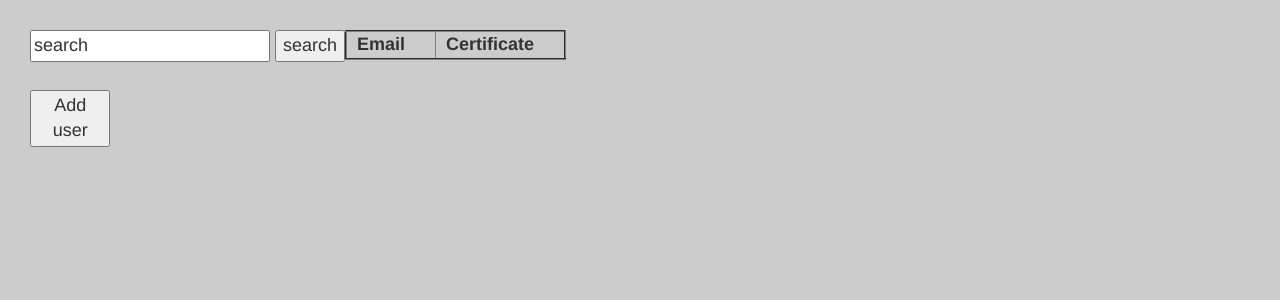
Repository: marijabroceta/ProjekatIB
Page: IB_Project_Shell/src/main/resources/static/main_page.html
These files come from the project's save history. The page is drawn as it stood at one moment and after the next save; the edit follows.
The browser window is 1280 px wide. The pictures show the whole page.
The page's requests for data from a server got no answer.

Above is the page before, as saved 2018-06-30 22:27:11.

### IB_Project_Shell/src/main/resources/static/main_page.html
<!DOCTYPE html>
<html>
<head>
	<title>Main</title>
	<script src="js/jquery-2.1.4.min.js"></script>
	<link rel="stylesheet" type="text/css" href="bootstrap/css/bootstrap.min.css"/>
    <script src="bootstrap/js/bootstrap.min.js"></script>
    <link rel="stylesheet" type="text/css" href="css/main_page.css">
    <script src="js/main_page.js" type="text/javascript"></script>
</head>
<body>

	<div id="table">
		<div id="search_div">
			<input type="text" name="search" id="search" value="search"/>
			<input type="button" name="search_btn" id="search_btn" value="search"/>
		</div>
		<table id="users_table" border="2">
			<tr>
				<th>Email</th>
				<th>Certificate</th>
			</tr>
		</table>
		<div id="buttons">
			<button id="add_user">Add user</button>
			<button id="activate_user">Activate user</button>
		</div>

		<div id="add_form">
			<form name="add_user_form" method="post" id="add_user_form">
		       	<label id="email_lbl" for="email">Email</label>
		 		<input type="text" id="email" name="email"><br>
		 		<label id="pass_lbl" for="password">Password</label>
		 		<input type="password" id="password" name="password"><br>
		 		<input type="submit" name="submit" id="submit" value="submit" class="button" /><br>
		 		<input type="button" name="cancel" id="cancel" value="cancel" class="button" />
	    	</form>
		</div>
		<div id="table_inactive">
			<table id="users_inactive" border="2">

		</table>
		</div>
	</div>

</body>
</html>

### IB_Project_Shell/src/main/resources/static/css/main_page.css
#table{
	/*position: absolute;
    top: 20%;
    left: 30%;
    right: 30%;
    bottom: 20%;*/
    margin-top: 30px;
    margin-left: 30px;
    font-size: 18px;
    float:left;
}

#table_inactive{
	margin-top: 30px;

    font-size: 18px;
}

th{
	padding-right: 30px;
	padding-left: 10px;
}

body {
    text-align: center;
    background: #ccc;
}

#buttons{
	margin-top: 30px;
	margin-right: 85%;
}



#add_form{
	margin-top: 30px;
}

/*label,input {
 display: block;
width: 200px;
 float: left;
 margin-left: 20px;
 margin-bottom: 10px;

}*/

#email_lbl,#pass_lbl,#email,#password,#submit,#cancel{
	display: block;
	width: 200px;
 	float: left;
 	margin-left: 20px;
 	margin-bottom: 10px;
}

#search_div{
	float:left;
}

label {
 text-align: right;
 width: 75px;
 padding-right: 20px;

}

br {
 clear: left;
}

#submit,#cancel{
	margin-left:115px;
}

### IB_Project_Shell/src/main/resources/static/js/main_page.js
$(document).ready(function(){
	var user_id = 0;
	var token = localStorage.getItem("token");
	console.log(token);
	var logged = null;
	var activate_user = $('#activate_user');
	$('#add_form').hide();
	activate_user.hide();

	$.ajax({
		url: "https://localhost:8443/api/users/logged",
		type: 'GET',
		headers: { "Authorization": "Bearer " + token},
		contentType : "application/json",
		dataType:'json',
		crossDomain: true,
		success : function(response) {

			console.log("logged " + response.authorities[0].name);
			logged = response;
			if(logged.authorities[0].name == "ADMIN"){
				activate_user.show();
				activate_user.on('click',function(e){
					$.ajax({
						headers:{"Authorization" :"Bearer " + token},
						contentType: 'application/json',
						type: 'GET',
						dataType:'json',
						crossDomain: true,
						url:'https://localhost:8443/api/users/inactive',
						success:function(response){
							table_header_inactive();
							var table = $('#users_inactive');
							for(var i=0; i<response.length; i++) {
								user = response[i];
								console.log(user);
								table.append('<tr class="data">'+
												'<td>'+user.email+'</td>'+
												'<td>'+user.active+'</td>'+
												'<td><button id="activate_btn" onclick="activate_users(' + user.id + ')" class="btn btn-default">Activate</button></td>'+
											'</tr>');
							}
						}
					});
				});
			}
		},
		error: function (jqXHR, textStatus, errorThrown) {
			console.log(jqXHR.status);
			console.log(jqXHR);

		}
	});


	$.ajax({

		headers:{"Authorization" :"Bearer " + token
			},
		contentType: 'application/json',
		type: 'GET',
		dataType:'json',
		crossDomain: true,
		url:'https://localhost:8443/api/users',
		success:function(response){
			table_header();
			var table = $('#users_table');
			for(var i=0; i<response.length; i++) {
				user = response[i];
				console.log(user);
				table.append('<tr class="data">'+
								'<td>'+user.email+'</td>'+
								'<td>'+user.authorities[0].name+'</td>'+
								'<td><button class="btn btn-default">Download</button></td>'+
							'</tr>');
			}
		},
		error: function (jqXHR, textStatus, errorThrown) {
			console.log(jqXHR);
			alert(textStatus);
		}
	});




	$('#add_user').on('click',function(e){
		$('#add_form').show();
		e.preventDefault();
		return false;
	});

	$('#cancel').on('click',function(e){
		$('#add_form').hide();
		e.preventDefault();
		return false;
	});

	$('input#submit').on('click',function(e){

		console.log("submit");
		var email = $('#email').val().trim();
		var password = $('#password').val().trim();

		var data = {
				'email':email,
				'password':password
			}
			console.log(data);
		$.ajax({
				type: 'POST',
		        contentType: 'application/json',
		        headers:{"Authorization" :"Bearer " + token,
		        	"Access-Control-Allow-Origin": "*"},
		        url: 'https://localhost:8443/api/users/save',
		        data: JSON.stringify(data),
		        dataType: 'json',
		        crossDomain: true,
				cache: false,
				processData: false,
				success:function(response){
					alert("Created");
				},
				error: function (jqXHR, textStatus, errorThrown) {
					console.log(jqXHR);
					alert(textStatus);
				}
		});
		e.preventDefault();
		return false;
	});
});

function table_header(){
	var table = $('#users_table');
	table.empty();
	table.append('<tr>'+
					'<th>Email</th>'+
					'<th>Role</th>'+
					'<th>Certificate</th>'+
				'</tr>');
}

function table_header_inactive(){
	var table = $('#users_inactive');
	table.empty();
	table.append('<tr>'+
					'<th>Email</th>'+
					'<th>Active</th>'+

				'</tr>');
}

function activate_users(id){
	var token = localStorage.getItem("token");
	user_id = id;
	console.log(user_id);
	$.ajax({
		type: 'PUT',
        contentType: 'application/json',
        headers:{"Authorization" :"Bearer " + token},

        url: 'https://localhost:8443/api/users/' + id,

        dataType: 'json',
        crossDomain: true,
		cache: false,
		processData: false,
		success:function(response){
			alert("Activated");
		},
		error: function (jqXHR, textStatus, errorThrown) {
			console.log(jqXHR);
			alert(textStatus);
		}
	});
}

function get_users(){

}

Loaded but not shown: IB_Project_Shell/src/main/resources/static/js/jquery-2.1.4.min.js (library); IB_Project_Shell/src/main/resources/static/bootstrap/css/bootstrap.min.css (library); IB_Project_Shell/src/main/resources/static/bootstrap/js/bootstrap.min.js (library)

After the next save:
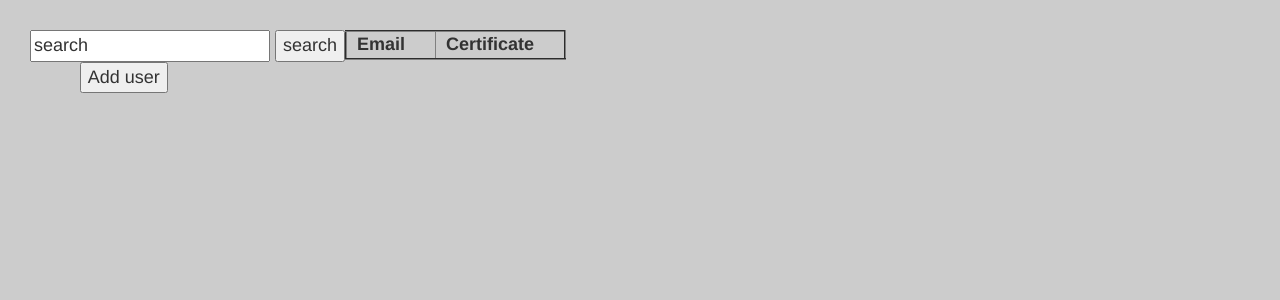
Saved 51 s later.
--- a/IB_Project_Shell/src/main/resources/static/css/main_page.css
+++ b/IB_Project_Shell/src/main/resources/static/css/main_page.css
@@ -7,7 +7,10 @@
     margin-top: 30px;
     margin-left: 30px;
     font-size: 18px;
-    float:left;
+}
+
+#users_table{
+	float:left;
 }
 
 #table_inactive{
